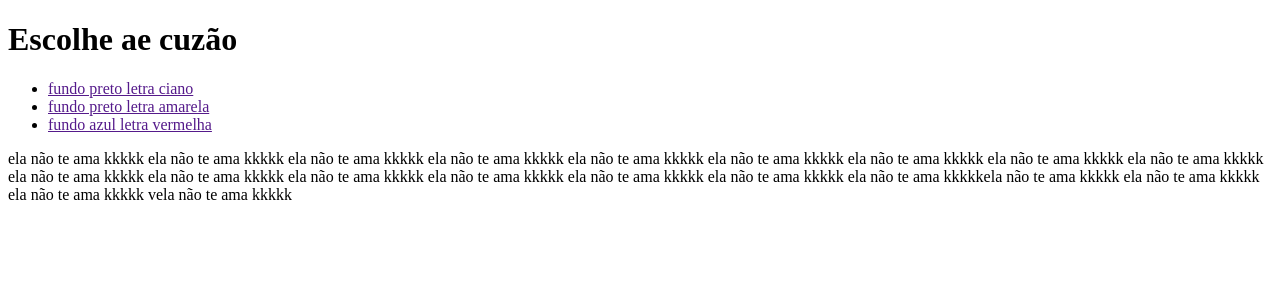
Repository: Leonngc/html-css
Page: ex024/otarios.html
The author's editor kept a copy of each file at every save. The page is drawn from the files as they stood at one save, then again after a run of saves.
The browser window is 1280 px wide. The pictures show the whole page.

Above is the page before, as saved 2022-11-15 18:41:42.

After the next 2 saves:
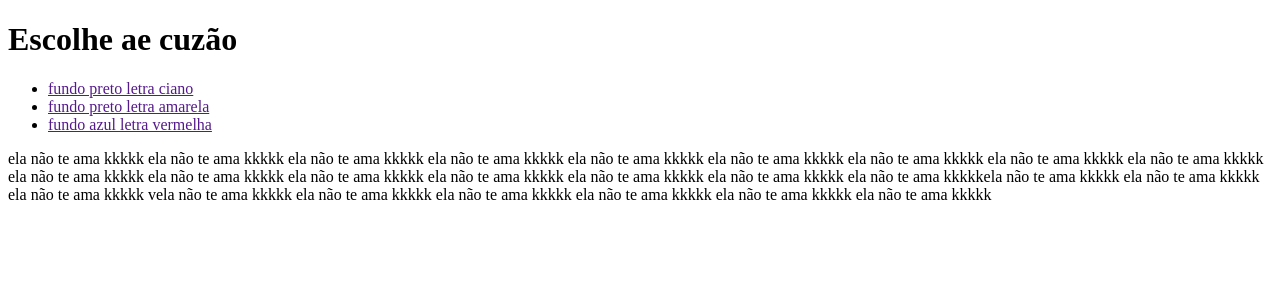
The 2 saves are shown as one change because they came seconds apart.
The last was saved 6 s later.
--- a/ex024/otarios.html
+++ b/ex024/otarios.html
@@ -14,6 +14,6 @@
         <li><a href="">fundo azul letra vermelha</a></li>
     </ul>
 
-    <p>ela não te ama kkkkk ela não te ama kkkkk ela não te ama kkkkk ela não te ama kkkkk ela não te ama kkkkk ela não te ama kkkkk ela não te ama kkkkk ela não te ama kkkkk ela não te ama kkkkk ela não te ama kkkkk ela não te ama kkkkk ela não te ama kkkkk ela não te ama kkkkk ela não te ama kkkkk ela não te ama kkkkk ela não te ama kkkkkela não te ama kkkkk ela não te ama kkkkk ela não te ama kkkkk vela não te ama kkkkk</p>
+    <p>ela não te ama kkkkk ela não te ama kkkkk ela não te ama kkkkk ela não te ama kkkkk ela não te ama kkkkk ela não te ama kkkkk ela não te ama kkkkk ela não te ama kkkkk ela não te ama kkkkk ela não te ama kkkkk ela não te ama kkkkk ela não te ama kkkkk ela não te ama kkkkk ela não te ama kkkkk ela não te ama kkkkk ela não te ama kkkkkela não te ama kkkkk ela não te ama kkkkk ela não te ama kkkkk vela não te ama kkkkk ela não te ama kkkkk ela não te ama kkkkk ela não te ama kkkkk ela não te ama kkkkk ela não te ama kkkkk</p>
 </body>
 </html>
